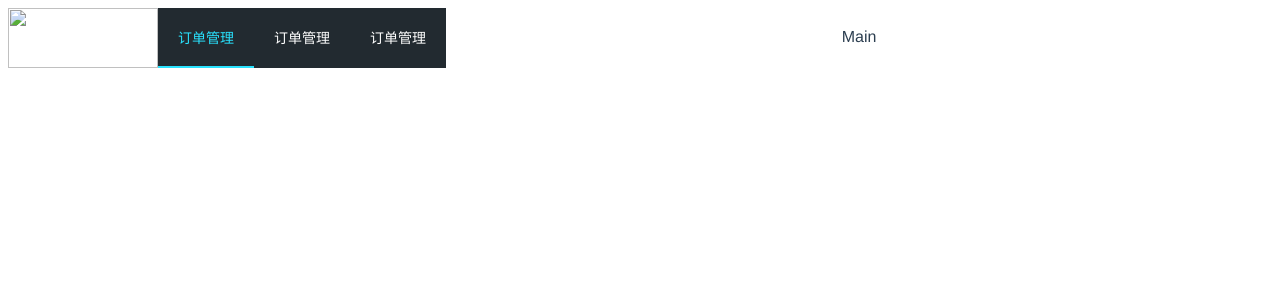
Repository: TheWomanLiketheWind/woodpecker
Page: /
These files come from the project's save history. The page is drawn as it stood at one moment and after the next save; the edit follows.
The browser window is 1280 px wide. The pictures show the whole page.
The project was rebuilt for these pictures with package versions that can differ from the ones it lists, and the page was loaded fresh each time. Imported but missing from the stored project, and not drawn on this page: src/views/About.vue.

Above is the page before, as saved 2019-07-25 15:03:21.

### public/index.html
<!DOCTYPE html>
<html lang="en">
  <head>
    <meta charset="utf-8">
    <meta http-equiv="X-UA-Compatible" content="IE=edge">
    <meta name="viewport" content="width=device-width,initial-scale=1.0">
    <link rel="icon" href="<%= BASE_URL %>favicon.ico">
    <title>woodpecker</title>
  </head>
  <body>
    <noscript>
      <strong>We're sorry but woodpecker doesn't work properly without JavaScript enabled. Please enable it to continue.</strong>
    </noscript>
    <div id="app"></div>
    <!-- built files will be auto injected -->
  </body>
</html>

### src/App.vue
<template>
  <div id="app">
    <router-view />
  </div>
</template>

<style lang="scss">
#app {
  font-family: "Avenir", Helvetica, Arial, sans-serif;
  -webkit-font-smoothing: antialiased;
  -moz-osx-font-smoothing: grayscale;
  text-align: center;
  color: #2c3e50;
  .el-header {
    padding: 0;
    display: flex;
    justify-content: space-between;
  }
}
#nav {
  padding: 30px;
  a {
    font-weight: bold;
    color: #2c3e50;
    &.router-link-exact-active {
      color: #42b983;
    }
  }
}
</style>

### src/views/Home.vue
<template>
  <el-container>

    <AHead></AHead>
    <el-main>Main</el-main>
  </el-container>
</template>

<script lang="ts">
import { Component, Vue } from "vue-property-decorator";
import AHead from "@/components/Head.vue"; // @ is an alias to /src

@Component({
  components: {
    AHead
  }
})
export default class Home extends Vue {}
</script>

### src/components/Head.vue
<template>
  <el-header class="headerAll">
    <img src=""
         class="headImage">
    <el-menu :default-active="activeIndex"
             class="el-menu-demo"
             mode="horizontal"
             background-color="#222a30"
             text-color="#fff"
             active-text-color="#29e2fe"
             @select="handleSelect">
      <el-menu-item v-for="(item, index) in menuList"
                    :key="index"
                    :index="item.index">{{item.name}}</el-menu-item>
    </el-menu>
  </el-header>
</template>

<script lang="ts">
import { Component, Prop, Vue } from "vue-property-decorator";

@Component
export default class Head extends Vue {
  @Prop() private msg!: string;
  data() {
    return {
      activeIndex: "1",
      menuList: [
        {
          name: "订单管理",
          index: "1",
          link: ""
        },
        {
          name: "订单管理",
          index: "2",
          link: ""
        },
        {
          name: "订单管理",
          index: "3",
          link: ""
        }
      ]
    };
  }

  private handleSelect(key: any, keyPath: any) {
    console.log(key, keyPath);
  }
}
</script>

<style lang="scss">
.headerAll {
  .headImage {
    width: 150px;
    height: 100%;
  }
}
</style>

Loaded but not shown: src/main.ts (common file); src/router.ts (common file); src/store.ts (common file)

After the next save:
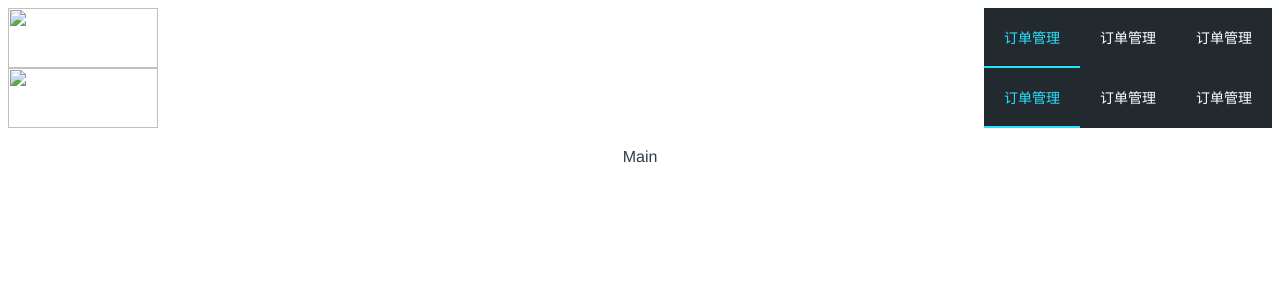
Saved 3 min 24 s later.
--- a/src/views/Home.vue
+++ b/src/views/Home.vue
@@ -1,6 +1,20 @@
 <template>
   <el-container>
-
+    <el-header class="headerAll">
+      <img src=""
+           class="headImage">
+      <el-menu :default-active="activeIndex"
+               class="el-menu-demo"
+               mode="horizontal"
+               background-color="#222a30"
+               text-color="#fff"
+               active-text-color="#29e2fe"
+               @select="handleSelect">
+        <el-menu-item v-for="(item, index) in menuList"
+                      :key="index"
+                      :index="item.index">{{item.name}}</el-menu-item>
+      </el-menu>
+    </el-header>
     <AHead></AHead>
     <el-main>Main</el-main>
   </el-container>
@@ -15,5 +29,32 @@ import AHead from "@/components/Head.vue"; // @ is an alias to /src
     AHead
   }
 })
-export default class Home extends Vue {}
+export default class Home extends Vue {
+  data() {
+    return {
+      activeIndex: "1",
+      menuList: [
+        {
+          name: "订单管理",
+          index: "1",
+          link: ""
+        },
+        {
+          name: "订单管理",
+          index: "2",
+          link: ""
+        },
+        {
+          name: "订单管理",
+          index: "3",
+          link: ""
+        }
+      ]
+    };
+  }
+
+  private handleSelect(key: any, keyPath: any) {
+    console.log(key, keyPath);
+  }
+}
 </script>
